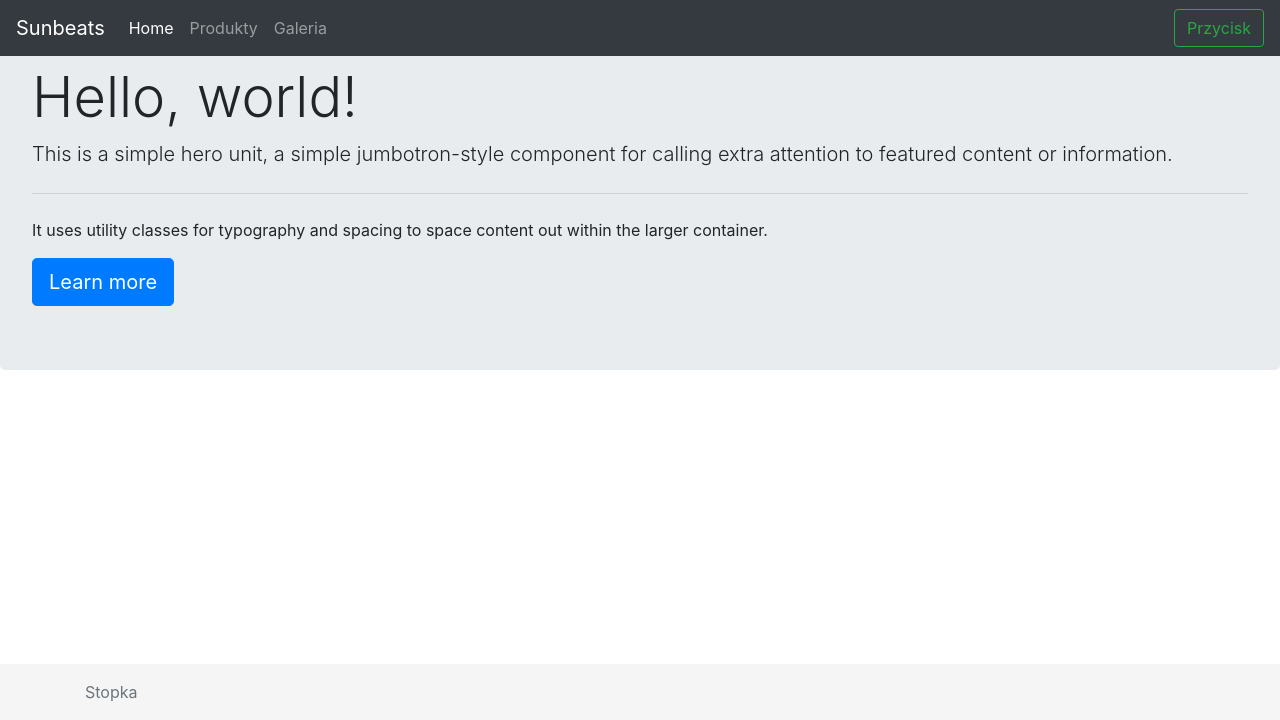
Repository: Audio-site/sunbeats
Page: index.html
The author's editor kept a copy of each file at every save. The page is drawn from the files as they stood at one save, then again after the next save.
The browser window is 1280 px wide. The pictures show the whole page.

Above is the page before, as saved 2020-08-25 00:21:38.

After the next save:
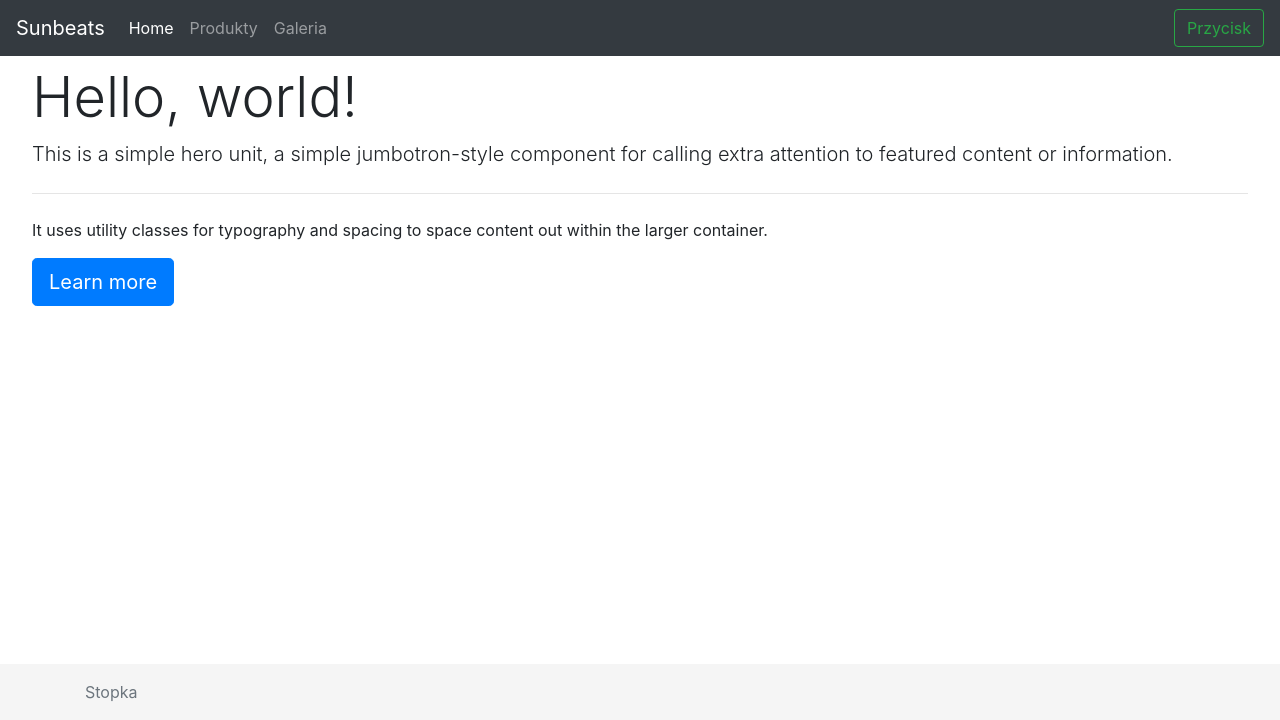
Saved 14 s later.
--- a/index.html
+++ b/index.html
@@ -60,7 +60,7 @@
 
 <!-- Begin page content -->
 
-<div class="jumbotron">
+<div class="jumbotron bg-white">
   <h1 class="display-4">Hello, world!</h1>
   <p class="lead">This is a simple hero unit, a simple jumbotron-style component for calling extra attention to featured content or information.</p>
   <hr class="my-4">
